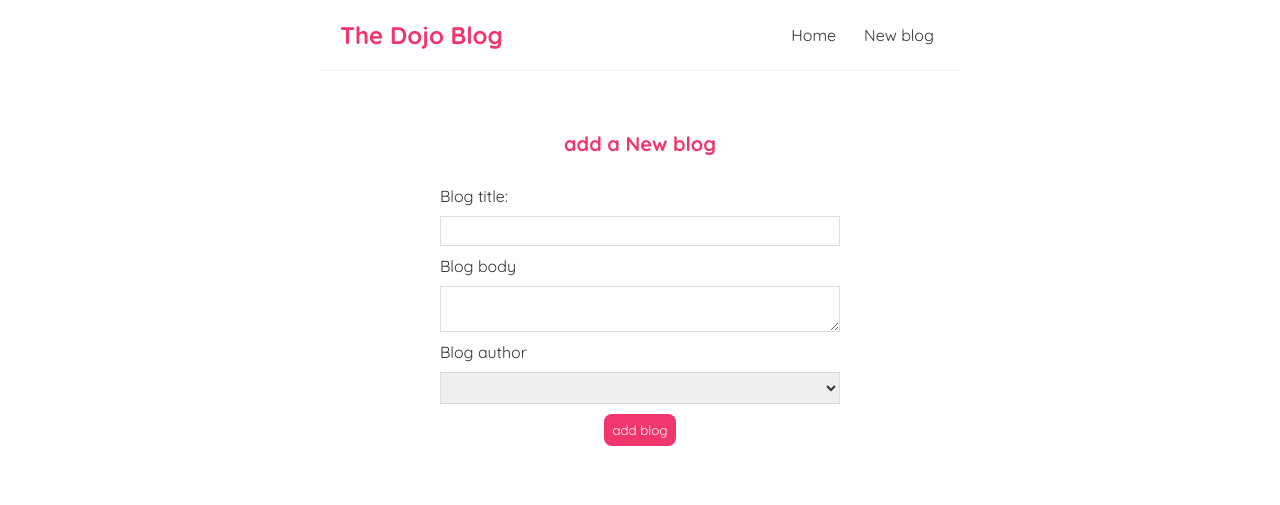
Repository: Samkiroko/full-reacr-ninja
Page: /create
These files come from the project's save history. The page is drawn as it stood at one moment and after the next save; the edit follows.
The browser window is 1280 px wide. The pictures show the whole page.
The project was rebuilt for these pictures with package versions that can differ from the ones it lists, and the page was loaded fresh each time. Also part of the build but not shown: src/BlogList.js, src/useFetch.js, src/Home.js, src/BlogDetails.js.

Above is the page before, as saved 2021-07-23 16:55:56.

After the next save:
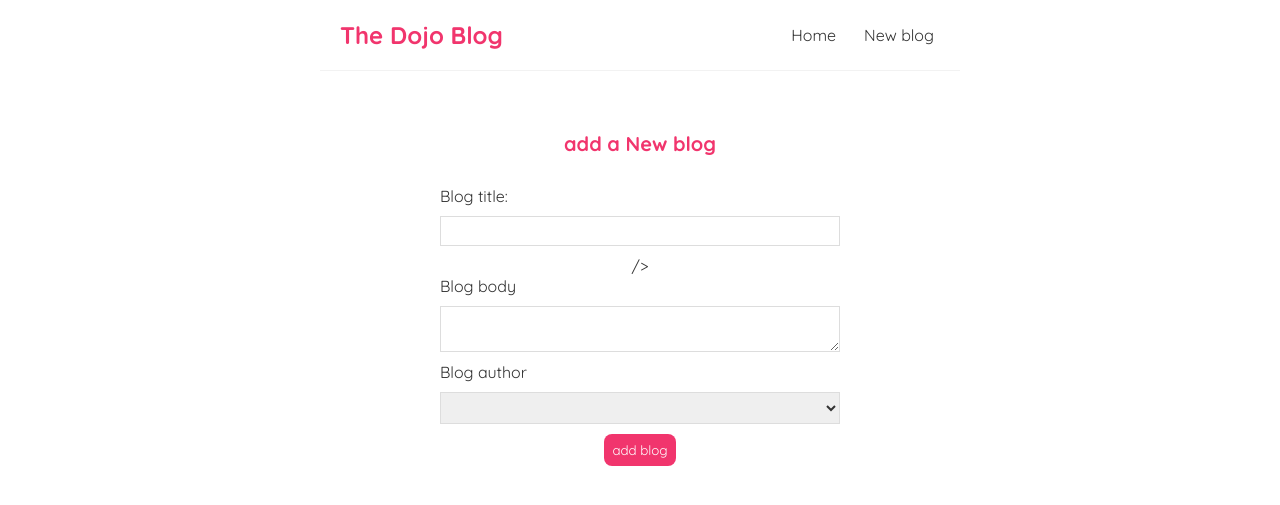
Saved 4 min 59 s later.
--- a/src/Create.js
+++ b/src/Create.js
@@ -1,10 +1,14 @@
+import { useState } from 'react'
+
 const Create = () => {
+  const [title, setTitle] = useState('')
   return (
     <div className='create'>
       <h2>add a New blog</h2>
       <form action=''>
         <label>Blog title:</label>
-        <input type='text' required />
+        <input type='text' required value={title} onChange={(e) => setTitle(e.target.value)} />
+        />
         <label>Blog body</label>
         <textarea required></textarea>
         <label>Blog author</label>
@@ -12,7 +16,6 @@
           <option value='mario'></option>
           <option value='yoshi'></option>
         </select>
-
         <button>add blog</button>
       </form>
     </div>

After the 2 saves that followed:
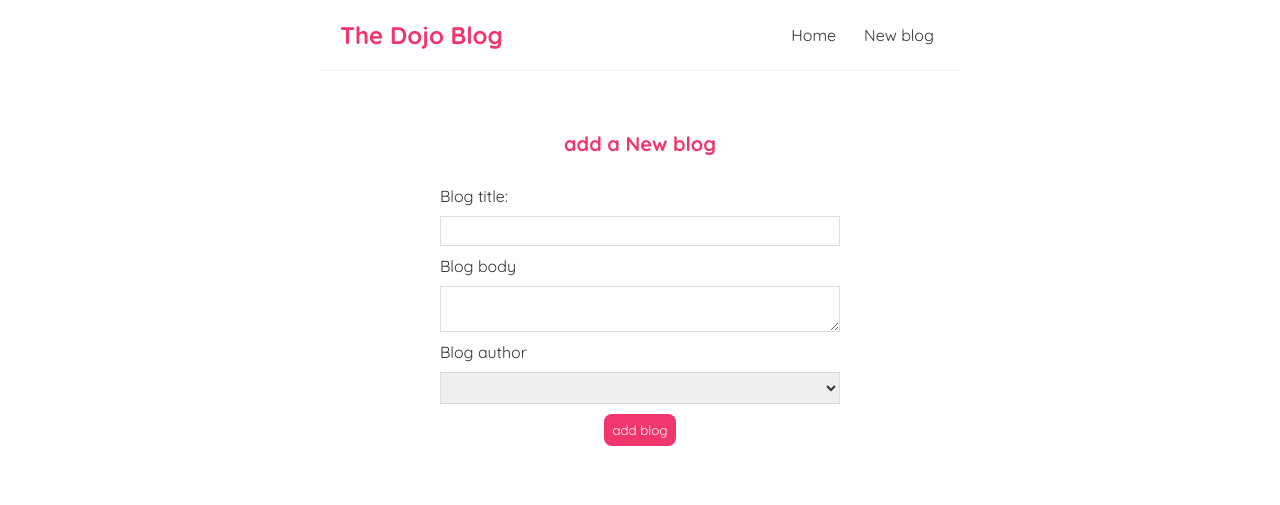
The 2 saves are shown as one change because they came seconds apart.
The last was saved 11 s later.
--- a/src/Create.js
+++ b/src/Create.js
@@ -8,7 +8,6 @@
       <form action=''>
         <label>Blog title:</label>
         <input type='text' required value={title} onChange={(e) => setTitle(e.target.value)} />
-        />
         <label>Blog body</label>
         <textarea required></textarea>
         <label>Blog author</label>
